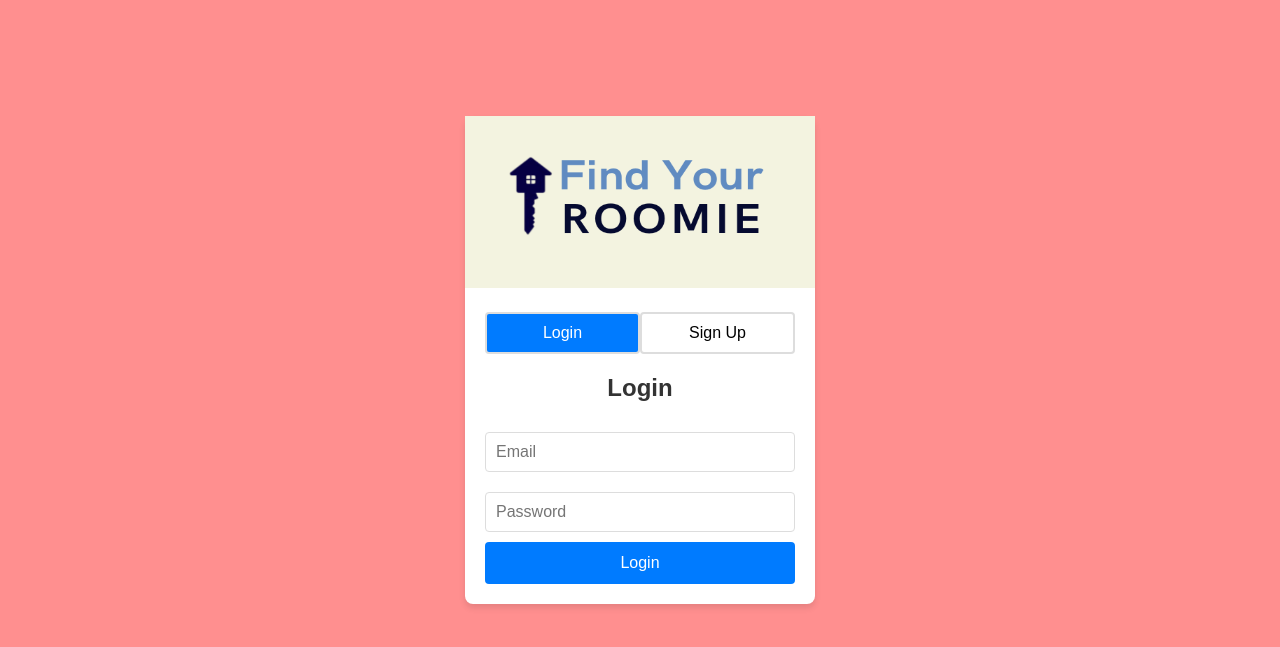
Repository: Sanjana-Inapakolla/Find-your-Roomie-website
Page: mini-project(jfst)/MiniProject/src/main/webapp/Login_signup.html
The author's editor kept a copy of each file at every save. The page is drawn from the files as they stood at one save, then again after the next save.
The browser window is 1280 px wide. The pictures show the whole page.

Above is the page before, as saved 2024-11-13 09:46:39.

After the next save:
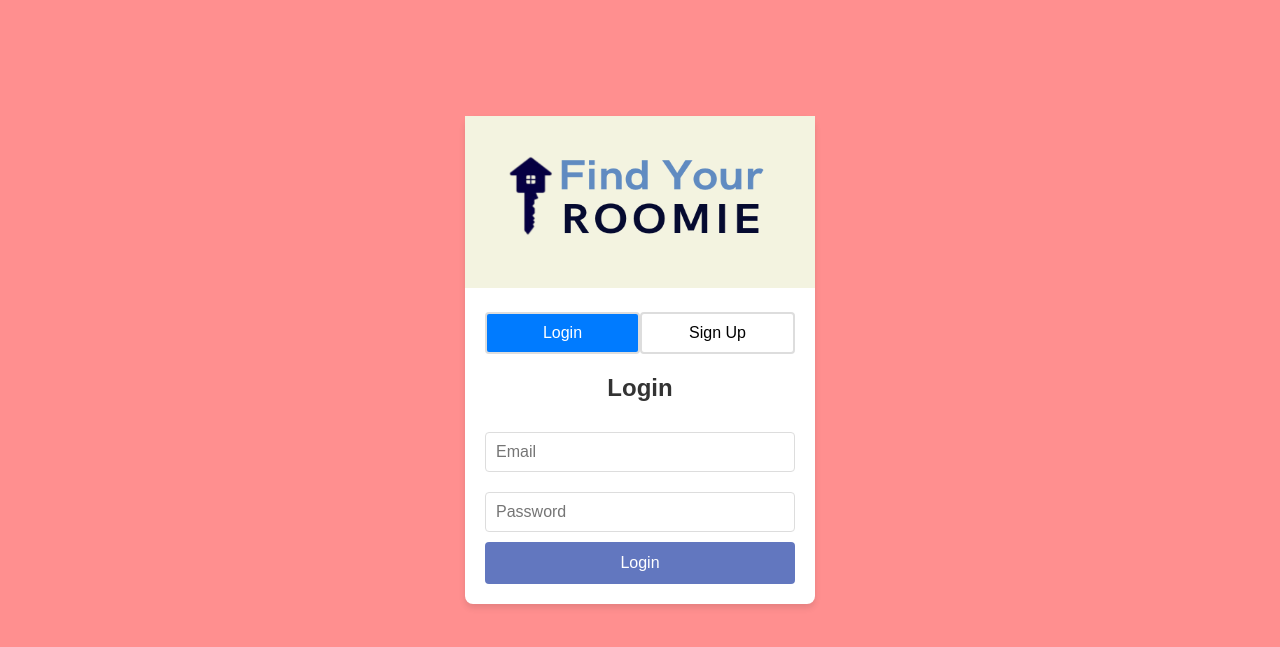
Saved 3 min 9 s later.
--- a/mini-project(jfst)/MiniProject/src/main/webapp/styles.css
+++ b/mini-project(jfst)/MiniProject/src/main/webapp/styles.css
@@ -78,7 +78,7 @@ input[type="password"] {
 button {
     width: 100%;
     padding: 12px;
-    background-color: #007bff;
+    background-color: #6277bf ;
     color: white;
     border: none;
     border-radius: 4px;
